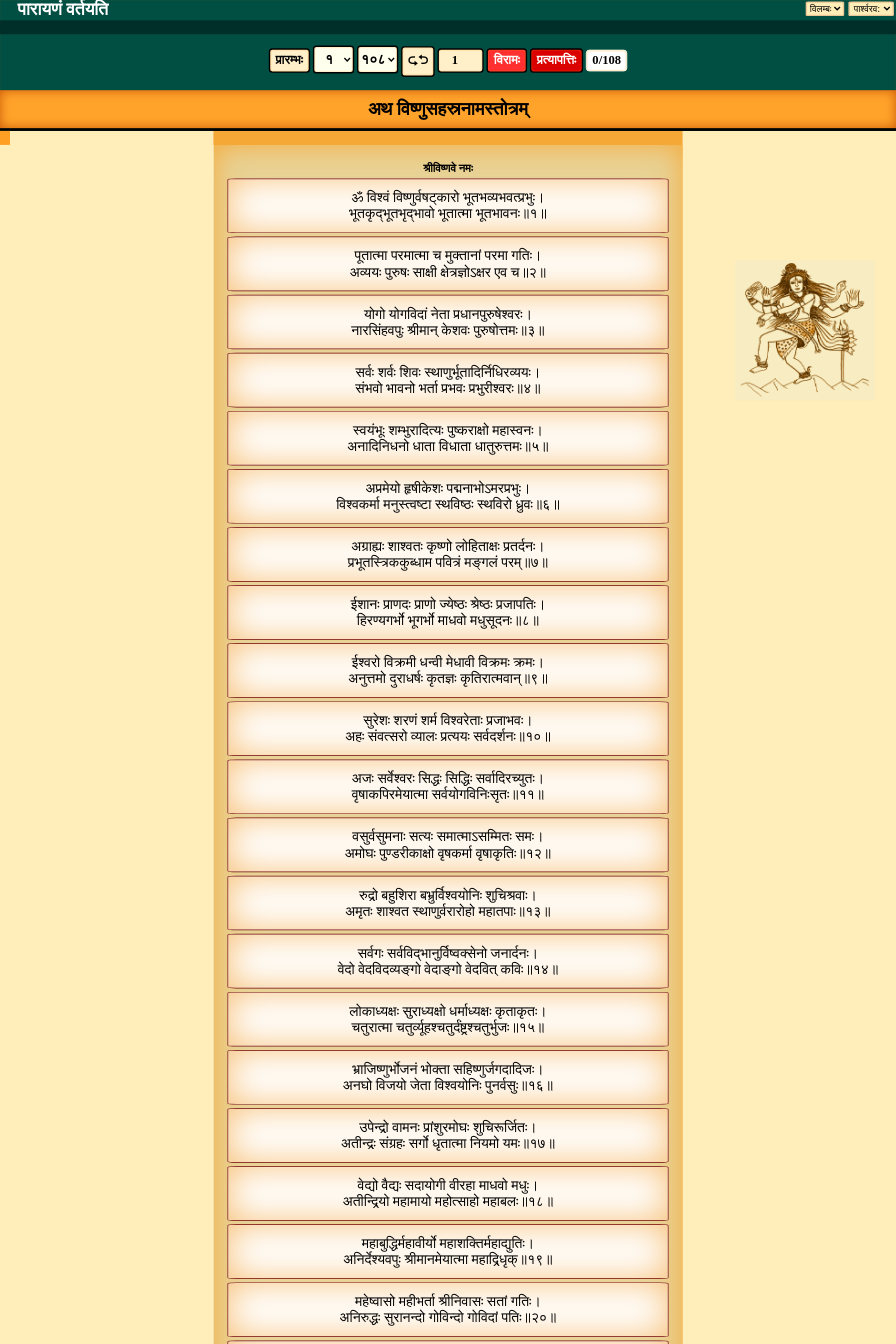
Repository: arshavak/vishnu-sahasranam
Page: index.html
These files come from the project's save history. The page is drawn as it stood at one moment and after the next save; the edit follows.
The browser window is 1280 px wide. The pictures show the part of the page from y = 0 to 1920 px (the page is 9274 px tall before and 9271 px after), at 70% of full size.

Above is the page before, as saved 2024-12-30 12:54:06.
Not found: scripts/sanskrittime.js

### index.html
<!DOCTYPE html>
<html>
<head>
<meta charset="UTF-8">
  <link rel="icon" type="image/png" href="style/backgrounds/23.png">
<title>विष्णुसहस्रनामस्तोत्रम्</title>
<meta name="viewport" content="width=device-width, initial-scale=1.0">
<link rel="stylesheet" type="text/css" href="style/style.css"/>
<!-- <link rel="stylesheet" type="text/css" href="style/themes.css"/> -->
</head>
<body class="body">
  <div class="player">
    <div class="Time">
      <span class="main-header">पारायणं वर्तयति</span>
      <div class="clock">
        <span id="ghanta" class="time-span"></span>
        <span id="minat" class="time-span"></span>
      </div>

      <select id="number" class="bgsound setting"></select>
      <select class="timeOut setting">
        <option value="">विलम्बः</option>
        <option value="2">2s</option>
        <option value="3">3s</option>
        <option value="5">5s</option>
        <option value="10">10s</option>
      </select>
  </div>
    <div class="topnavbar"></div>
      <input name="play_button" class="psuGrup play" type="button" value="प्रारम्भः"/>
      <select  id="selector1" class="From selector FromAndTo"></select>
      <select  id="selector2" class="To selector FromAndTo"></select>
      <input name="toggle_btn" type="checkbox" id="check"/>
      <input id="loop" class="loop" type="button" value="&#11150&#11148"/>
      <input id="repeat" value="1" max="99" min="1" type="number"/>
      <!-- <input id="speed" value="1" max="4" min=".5" step="0.1" type="number"/>   -->
      <input name="stop_button" class="psuGrup stop" type="button" value="विरामः"/>
      <input class="reset psuGrup" type="button" value="प्रत्यापत्तिः"/>
      <input id="suchna" type="button" class="psuGrup suchna"/>
      <div class="heading">अथ विष्णुसहस्रनामस्तोत्रम्</div>
      <div class="progress-container">
        <div class="progress-bar" id="myBar"></div>
      </div>
    </div>
      <div id="imageRight">
        <image class="image" src="style/backgrounds/0.png" width="200px" height="200px"></image>
      </div>
      <!-- <div id="imageLeft">
        <image class="image" src="style/backgrounds/0.png" width="200px" height="200px"></image>
      </div> -->
      <div class="timeStamp"></div>
      <div class="container"></div>
    <script type="text/javascript" src="scripts/visnusahastranamScript.js"></script>
    <script type="text/javascript" src="scripts/MainScript.js"></script>
    <script type="text/javascript" src="scripts/sanskrittime.js"></script>
  </body>

</html>

### style/style.css
/* Styles for the player container */
*{
margin:0px;
padding: 0px;
text-align: center;
/*background-color: #f8ecc2;*/
font-family:gargi;
}
html{
  scroll-behavior: smooth;
}
::-webkit-scrollbar{
  display: none;
}
body {
  /* background-image: url("backgrounds/jharna.jpg");
  background-repeat:no-repeat;
  background-size:cover;
  background-attachment:fixed; */
  scrollbar-width: none;
  -ms-overflow-style: none;
/* background-color: #e8d295; */
  background-color:#ffeeba
  ;
  /* border: 4px solid #000; */
}

/* #myVideo {
  position: fixed;
  right: 0;
  bottom: 0;
  min-width: 100%;
  min-height: 100%;
  z-index: 1;
} */

.heading{
  padding-bottom: 12px;
  padding-top: 12px;
  margin-top: 15px;
  background-color:#ffa32b;
  /* background-image: url("backgrounds/R.jpg");*/
  /* background-repeat:no-repeat;
  background-size:cover;
  background-attachment: fixed; */
  color: rgb(0, 0, 0);
  /* width: 100%; */
  position: relative;
  /* top:500; */
  font-weight: 800;
  /* text-shadow: 2px 2px 5px rgb(255, 170, 0); */
   font-size:26px;
   box-shadow: inset 0px 0px 15px #cb5805;

}

.progress-container {
  width: 100%;
  height: 4px;
  background: #000000;
}

.progress-bar {
  height: 4px;
  background: #ffa32b;
  width: 0%;
}

.topnavbar{
  position: relative;
  padding: 10px 10px 10px 10px;
  margin-bottom: 15px;
  background-color:#002f29;
 text-align: center;
 box-shadow: inset 0px 0px 0px #0a0a0a;
 /* height: 30px; */
 /* overflow: scroll; */
}

.Time{
    /* background-image: url("backgrounds/jharna.jpg"); */
    background-repeat:no-repeat;
    background-size:cover;
    background-attachment: fixed;
 /* margin-top: 5px; */
 padding: 0px;
 /* background-color: #d47500;
 box-shadow: inset 0px 0px 5px  #cb5805; */
 color: rgb(0, 0, 0);
 text-align: left;
  }


  .clock{
    padding: 1px 5px 1px 5px;
    position: fixed;
    left: 0px;
    background-color: #ffffff;
  color: rgb(0, 0, 0);
  box-shadow: inset 0px 0px 35px #ff9100;
  cursor: not-allowed;
  text-align: center;
  }

.time-span{
  cursor: not-allowed;
  padding: 1px 1px 1px 1px;

}


  .main-header{
    padding: 5px 5px 5px 5px;
    font-size: 25px;
    /* text-shadow: -3px 5px 5px rgb(55, 184, 164); */
    font-weight:800;
    color: #ffffff;
    margin-left: 20px;
  }



.setting{
  margin: 3px;
  float: right;
  border-radius: 8%;
  cursor: pointer;
  margin-top: 2px;
  display: block;
  background-color: #ffeeb8;
  border: 2px solid #edc696;
}

.timeStamp{
display: none;
background-color:#f8ecc2;
color :rgb(0, 0, 0);
position :fixed;
right :0px;
font-size :16px;
font-weight :900;
padding :4px 14px 4px 14px;
box-shadow: inset 0px 0px 15px #ff8e03;
border-radius: 5%;
  }

  .disabled-link{
  position: relative;
  text-decoration: none;
  text-transform: unset;
  font-size: 14px;
  background-color: #dac683;
  color: #000000;
  padding: 5px 10px 5px 10px;
  border-radius: 5%;
  font-weight: 600;
  border: .8px solid #efc899;
  margin-right: 5px;
}

.disabled-link:hover{
  background-color: #fff9a7;
  text-decoration: underline;
}

.player {
  display: block;
  position: fixed;
  top: 0px;
  align-items: center;
  /* background-image: url("backgrounds/astaSuraj.jpg");
  background-repeat:repeat;
  background-size:cover;
  background-attachment: fixed; */
  background-color:rgb(1 78 67);
  width: 99.99%;
  text-align:center;
  color: rgb(29, 1, 1);
  padding-top:0px;
  padding-bottom: 0px;
  box-shadow: inset 0px 0px 1px #ff8e03;

  /* border-bottom: 5px solid #893c01; */
  z-index: 1;
}

/* .bottons{
  background-color:#ff8808;
  display: inline-block;
  box-shadow: inset 0px 0px 25px #ff8e03;
} */

.suchna:active{
  background-color: none !important;
}


#suchna{
cursor:not-allowed;
color: rgb(0, 0, 0);
background-color: #fff;
font-size: 18px;
padding: 4px 8px 4px 8px;
border: 1px solid #ffe;
font-weight: 900;
}

#check{
  display: none;
}

.reset{
  background-color: rgb(218, 0, 0) !important;
  color: #ffffff !important;
}
.stop{
  background-color: rgb(255, 48, 48) !important;
  color: #ffffff !important;
}

/*Styles for the buttons*/
input[type="button"],input[type="number"]{
  padding: 5px 8px 5px 8px;
  margin: 1px 0px 4px 0;
  border: 2px solid #000;
  border-radius: 5px;
  background-color: #fff0ca;
  color: rgb(0, 0, 0);
  font-size: 18px;
  cursor: pointer;
  font-weight: 800;
  flex-direction: row;
  box-shadow: inset 0px 0px 2px #ff9100;
  outline: none;
}

input[type="number"]{
  padding: 5px 2px 5px 0px;
  margin: 1px 0px 4px 0px;
  border: 2px solid #000;
  border-radius: 5px;
  background-color: #fff0ca;
  color: rgb(0, 0, 0);
  font-size: 18px;
  cursor: pointer;
  font-weight: 800;
  flex-direction: row;
  box-shadow: inset 0px 0px 2px #ff9100;
  outline: none;
}

input[type="button"]:hover{
  background-color: #14ff76;
  color: #0b0b0b;
}


.selector{
  text-align:center;
  outline:none;
  /*background-color: rgb(98, 255, 101);*/
  border-radius: 5px;
  height: 40px;
  border: 2px solid #000;
  border-radius: 5px;
  background-color:#ffe;
  color: #000;
  font-size: 20px;
  cursor: pointer;
  font-weight: 800;
  flex-direction: row;
  /* padding: 3px 3px; */
  margin: 1px 0px 4px 0;
  box-shadow: inset 0px 0px 2px #ff9100;

}

/* Styles for the keys container */
.container {
position: relative;
/* z-index: -1; */
 /* display: inline-block;  */
word-wrap: break-word;
/* margin-top: 180px; */
font-size:16px ;
text-align:center;
padding: 25px 15px 40px 15px;
background-color: #e8d295;
width: 75%;
margin-left:auto;
margin-right:auto;
border-top: 20px solid #ff9100a1;
border-bottom: 20px solid #ff9100a1;
border-bottom-style: inset 0px 0px 40px #ff9100a1;;
border-top-style: inset 0px 0px 40px #ff9100a1;;
box-shadow: inset 0px 0px 40px #ff9100a1;
margin-top:0px;

}

label{
  font-size: 15px;
}
/* Styles for the key divs */
.key {
  /* display:inline-block; */
  /* flex-direction: column; */
  /* text-align: right; */
  /* width: 90%; */
  margin: 5px;
  border: .2px ridge #730000;
  border-radius: 2%;
  /* cursor: pointer; */
  transition: all 0.2s ease-in-out;
  font-size:20px;
  font-weight: 300;
  padding: 15px 5px 15px 5px;
  background-color: #ffffff;
  box-shadow: inset 0px 0px 50px #f7c077;

}

.key.active {
  border: 2px solid #c16b02;
  /* display:inline-block; */
  top: 200px;
  font-weight: 600;
  /* text-shadow: 1px 1px 4px rgb(255, 249, 70); */
  background-color: rgb(253, 253, 197);
  box-shadow: inset 6px 0px 5px  #ff9100 ;
  animation: blink .8s infinite;
  font-size: 25px;
}

@keyframes blink {
  50%{
    border: 2px solid #f2d56b;
    /* border-radius: 15%; */
    /* background-color: #fceba5; */
     box-shadow: inset 0px 0px 0px #ff9100;
  }
}

@keyframes indexblink {
  50%{
    /* border: 1px solid #000000; */
    /* border-radius: 15%; */
     background-color: #00e043;
     box-shadow: inset 0px 0px 0px #ff9100;
  }
}


.rbtn.for-repeat {
  background-color: rgb(40, 252, 29);
  color:rgb(0, 0, 0);
}

/* Styles for the audio elements */
audio {
  display: none !important;
}
#imageRight {
  z-index: -1;
  position: fixed;
  bottom:20%;
  right:30px;

}

#imageLeft {
  z-index: -1;
  position: fixed;
  bottom:20%;
  left:30px;
}

.title{
  margin-left: 10px;
  float: left;
}

@media screen and (max-width: 867px) {
  /* .container {top:50px;} */
   #imageRight,#imageLeft{
    display:none;
  }
}

@media screen and (max-width: 1200px) {
  /* .container {top:80px;} */
   #imageRight,#imageLeft{
    display:none;
  }

  .clock{
    display: none;
  }
}

@media screen and (max-width: 500px) {

  .setting{
    display: none;
  }

  .main-header{
    padding: 5px 5px 5px 5px;
    font-size: 25px;
    /* text-shadow: -3px 5px 5px rgb(55, 184, 164); */
    font-weight:800;
    color: #ffffff;

  }
}


@media screen and (min-width: 100px) {
  .container {
    width: 95%;
  }

}

@media screen and (min-width: 1200px) {
  .container {
    width: 50%;
  }
}

.disabled{
  cursor:not-allowed;
}

.disabled:hover{
  text-decoration: none;
  background-color: none;
}

/* .image{
  animation: lip .5s infinite
}
@keyframes lip {
  50%{
    width: 190px;
    height: 190px;

  }
} */

/*  */

/* a.index{
  font-size: 10px;
  line-height: 0px;
  padding: 0px 15px 0px 15px;
  margin-right: 10px;
  font-weight: 600;
  border-radius: 10px;
  cursor: pointer;
  text-decoration: none;
  color: rgb(0, 0, 0);
}

a.index:hover{
  text-decoration: none;
  color: #ff2121;
} */

/* .indeX{
  background-color: wheat !important;
  font-size: 16px;
  cursor: pointer;
  margin-right: 5px;
}

.indeX:hover{
  text-decoration: none;
} */
/* .cot{
  display: none;
}
 */

### scripts/MainScript.js
const topnavbar = document.querySelector(".topnavbar");
function createLinks() {
  // Create an array of objects with URL and link text
  const links = [

    { url: 'YogSutrani.php', text: 'योगसूत्राणि' },
    { url: 'VisnuSahastranam.php', text: 'विष्णुसहस्रम्' },
    { url: 'SankhyaKarika.php', text: 'साङ्ख्यकारिका' },
    { url: 'Ast_1_1.php', text: 'अष्टाध्यायी(१.१)' }
  ];
  // Loop through the array and create links
  for (let i = 0; i < links.length; i++) {
    const link = document.createElement('a');
    link.setAttribute('target', '_blank');
    link.setAttribute('class', 'disabled-link');
    link.href = links[i].url;
    link.textContent = links[i].text;
    topnavbar.appendChild(link); // Append link to the topnavbar
  }
}
// Call the function to create links
// createLinks();

//current page link disaable function
const currentUrl = window.location.href;
const disabledLinks = document.querySelectorAll(".disabled-link");

// var links =[];
//   var currWin = window;
//   for(var i =0; i<currWin.document.links.length; i++){
//     links.push(currWin.document.links[i].href);
//   }

disabledLinks.forEach(link => {
if(link.href === currentUrl){
  link.addEventListener("click", e => {
    e.preventDefault();
  });
  link.classList.add("disabled");
 }
});


// function for repeating selection
var repeats = "";
var inp = document.getElementById("repeat");
inp.addEventListener("input", ()=>{
  repeats=inp.value;
});




// const Allrepeatbtns = document.querySelectorAll(".rbtn");
// let activeBtn = null;
// Allrepeatbtns.forEach((ript)=> {
//   ript.addEventListener("click", () => {
//     if (activeBtn && activeBtn !== ript) {
//       activeBtn.classList.remove("for-repeat");
//     }
//     else if (activeBtn === ript) {
//       ript.classList.remove("for-repeat");
//       activeBtn = null;
//       repeats = 0;
//       return;
//     }
//     // repeats = ript.value.charAt(0);
//     repeats = document.getElementById("repeat").value;
//     ript.classList.add("for-repeat");
//     activeBtn = ript;
//   })
// });
// Add click event listeners to the play and stop buttons
const stopButton = document.querySelector('[name="stop_button"]');
const playButton = document.querySelector('[name="play_button"]');
const checkBox = document.querySelector('#check');
const timeOutSecind = document.querySelector(".timeOut");
var speed = document.querySelector("#speed");
let audio;
let audioDuration;
//  let num = 0;
playButton.addEventListener('click', () => {
  //  if(num===0){
  //    num = 1;
  //   playButton.value = "pause";
  let startIndex = selector1.value - 1;
  let lastIndex = selector2.value;
   const playNextKey = () => {
    if(audio){
      audio.pause();
      audio.currentTime = 0;
       keys.forEach(key => {
      key.classList.remove('active');
      });
    }
    if (startIndex < lastIndex) {
      const key = keys[startIndex];
      audio = key.querySelector('audio');
      let playCount = 0;
      const playOnce = () => {
        if (playCount < (Number(repeats))-1) {
        //    if(playCount!==1) {
        //      audio.volume = .1;
        //      audio.playbackRate = 1.5;
        //  }
          setTimeout(() => {
          audioDuration = audio.duration;
          audio.playbackRate = speed.value;
          audio.play();
          playCount++;
          }, timeOutSecind.value*1000);
        } else {
          audio.removeEventListener('ended', playOnce);
          setTimeout(() => {
            key.classList.remove('active');
            playNextKey();
          }, timeOutSecind.value*1000);
        }
      };
      audioDuration = audio.duration;
      audio.currentTime = 0;
      audio.playbackRate = speed.value;
      audio.play();
      audio.addEventListener('ended', playOnce );
      audio.addEventListener('play', scrollActiveDiv );
      audio.addEventListener("play", playButtonStyleAdd);
      audio.addEventListener('ended', playButtonStyleRemove);
      audio.addEventListener("play", indexUpdate);
      audio.addEventListener("ended", timerOutput)
      key.classList.add('active');
      startIndex++;
      // audio.removeEventListener("ended", timerOutput);

      // chacking the Loopbutton is chacked or not checked
        if(checkBox.checked && startIndex == lastIndex){
          // alert("Please");
          startIndex = selector1.value - 1;
      }
    }
  };

  playNextKey();
// }else{
//   playButton.value = "play";
//   audio.pause();
//   num = 0;
// }
});


// Add click event listeners to the stop button
stopButton.addEventListener('click', () => {
  // playButton.value = "play";
   window.scrollTo(0, 0);
  // hideSpeackerSymbol();
  playButton.style.backgroundColor = "";
  playButton.style.color = "";
  keys.forEach(key => {
    const audio = key.querySelector('audio');
    audio.pause();
    audio.currentTime = 0;
    key.classList.remove('active');
  });
  bgsound.pause();
});

// Reset the current audio element
window.scrollTo({top:0, behavior: 'smooth'});
const reset = document.querySelector(".reset");
reset.addEventListener('click', () => {
// window.scrollTo({top:0, behavior: 'smooth'});
// setTimeout(() => {
location.reload();
// },1000);
});


  //buttons for loop
  const loopbtn = document.querySelector(".loop");
  const checkbox = document.querySelector("#check");
  loopbtn.addEventListener("click",  ()=> {
  checkbox.checked = !checkBox.checked;
  if(checkBox.checked){
    loopbtn.style.backgroundColor = "rgb(40, 252, 29)";
    loopbtn.style.color = "#000";
    // document.querySelector(".From").disabled = false;
    // document.querySelector(".To").disabled = false;

  }else{
    loopbtn.style.backgroundColor = "";
    loopbtn.style.color = "";
    // document.querySelector(".From").disabled = true;
    // document.querySelector(".To").disabled = true;

  }
  });

//background sounds 1111111111111111111
  const selector = document.querySelector('#number');
  for(var i=0; i<50; i++) {
    var option = document.createElement('option');
    option.text = "ध्वनिः "+ (i);
    option.value = i;
    selector.appendChild(option);
  }

  const firstOption = selector.querySelector("option:first-child");
  firstOption.textContent = "पार्श्वरव:"

  //background sounds 222222222222222222
let soundNumber = document.querySelector("#number");
soundNumber.style.outline = "none";
let bgsound;
selector.addEventListener("change", function backgroundMusic(){
  if (bgsound) {bgsound.pause();}
  bgsound = new Audio(`prishthbhumi-dhvani/dhvani (${soundNumber.value}).mp3`);
  bgsound.loop = true;
  bgsound.volume = 0.5;
  bgsound.play();
});

//scrolling to top of screen
function scrollActiveDiv() {
  const activeDiv = document.querySelector('.active');
  if (activeDiv) {
    const activeDivPosition = activeDiv.offsetTop;
    window.scrollTo({
      top: activeDivPosition - 150,
      behavior: 'smooth'
    });
  }
}


// function for indexUpdate
const indexUpdating = document.querySelector("#suchna");
indexUpdating.value = "0" + "/" + divLen;
function indexUpdate(){
const suchna = document.querySelector("#suchna");
let activeIndex = 1;
for (let i = 1; i < divLen; i++){
  if(keys[i].classList.contains("active")){
    activeIndex = i+1;
    break;
  }
}
suchna.value = activeIndex +"/"+ divLen;
}



//function for Timer
const timeStamp = document.querySelector(".timeStamp");
function timerOutput(){
  let count = timeOutSecind.value;
  let timer = setInterval(function(){
    timeStamp.style.display = "block";

    count--;
    if(count < 10){
      timeStamp.innerHTML = "प्रतीक्षस्व"+ " " + "00" + ":0" + count;
    }else{
      timeStamp.innerHTML = "प्रतीक्षस्व"+ " " + "00" + ":" + count;
    }
     if(count<=0){
      clearInterval(timer);
      timeStamp.style.display = "none";

    }
  },1000);
  document.body.appendChild(timeStamp);
}


// play Button Style
function playButtonStyleAdd(){
  playButton.style.backgroundColor = "rgb(40, 252, 29)";
  playButton.style.color = "#000";
  }
  function playButtonStyleRemove(){
   playButton.style.backgroundColor = "";
   playButton.style.color = "";
   }


//function for index blinking
let n = 0;
function blinking() {
// const play_button = document.querySelector('[name="play_button]')
if(n==0 && playButton.style.backgroundColor === "rgb(40, 252, 29)"){
indexUpdating.style.animation = "indexblink 1s infinite";
n = 1;
}else{
  indexUpdating.style.animation = "";
n = 0;
}
}
setInterval(blinking,2000);

// setTimeout(windowUpdate,2000);
// window risize for time div
const clock = document.querySelector(".clock");
window.addEventListener("resize",windowUpdate);
window.addEventListener("load",windowUpdate);
function windowUpdate(){
const player = document.querySelector(".player");
const playerHeight = player.offsetHeight;
 timeStamp.style.top = playerHeight + "px";
 container.style.top =   playerHeight + "px";
 clock.style.top =   playerHeight + "px";
}



// When the user scrolls the page, execute myFunction
window.onscroll = function() {myFunction()};
function myFunction() {
  var winScroll = document.body.scrollTop || document.documentElement.scrollTop;
  var height = document.documentElement.scrollHeight - document.documentElement.clientHeight;
  var scrolled = (winScroll / height) * 100;
  document.getElementById("myBar").style.width = scrolled + "%";
}



// const digitsMap = {
//   // देवनागरी लिपि के वर्णक्रम को बांग्ला लिपि के वर्णक्रम में बदलें।
//     'अ': 'অ',
//     'आ': 'আ',
//     'इ': 'ই',
//     'ई': 'ঈ',
//     'उ': 'উ',
//     'ऊ': 'ঊ',
//     'ए': 'এ',
//     'ऐ': 'ঐ',
//     'ओ': 'ও',
//     'औ': 'ঔ',
//     'क': 'ক',
//     'ख': 'খ',
//     'ग': 'গ',
//     'घ': 'ঘ',
//     'ङ': 'ঙ',
//     'च': 'চ',
//     'छ': 'ছ',
//     'ज': 'জ',
//     'झ': 'ঝ',
//     'ञ': 'ঞ',
//     'ट': 'ট',
//     'ठ': 'ঠ',
//     'ड': 'ড',
//     'ढ': 'ঢ',
//     'ण': 'ণ',
//     'त': 'ত',
//     'थ': 'থ',
//     'द': 'দ',
//     'ध': 'ধ',
//     'न': 'ন',
//     'प': 'প',
//     'फ': 'ফ',
//     'ब': 'ব',
//     'भ': 'ভ',
//     'म': 'ম',
//     'य': 'য',
//     'र': 'র',
//     'ल': 'ল',
//     'व': 'ব',
//     'श': 'শ',
//     'ष': 'ষ',
//     'स': 'স',
//     'ह': 'হ',
//     'ा': 'া',
//     'ि': 'ি',
//     'ी': 'ী',
//     'ु': 'ু',
//     'ू': 'ূ',
//     'ृ': 'ৃ',
//     'े': 'ে',
//     'ै': 'ৈ',
//     'ो': 'ো',
//     'ौ': 'ৌ',
//     'ं': 'ং',
//     'ः': 'ঃ',
//     '।': '।',
//     '॥': '॥',

// };

// const elements = document.getElementsByTagName('*');

// for (let i = 0; i < elements.length; i++) {
//   const element = elements[i];

//   for (let j = 0; j < element.childNodes.length; j++) {
//     const node = element.childNodes[j];

//     if (node.nodeType === 3) {
//       const text = node.nodeValue;
//       const replacedText = text.replace(/[अआइईउऊऋएऐओऔकखगघङचछजझञ]/g, function(match) {
//         return digitsMap[match];
//       });

//       if (replacedText !== text) {
//         element.replaceChild(document.createTextNode(replacedText), node);
//       }
//     }
//   }
// }




// // सभी audio टैगों को प्राप्त करें
// const audios = document.querySelectorAll('audio');
// // सभी span टैगों को प्राप्त करें
// const spans = document.querySelectorAll('span.indeX');
// // सभी span टैग पर क्लिक करने के लिए एक लूप चलाएं
// spans.forEach((span) => {
//   // क्लिक करने पर संगीत बंद करें और अगला संगीत चलाएं
//   span.addEventListener('click', () => {
//     // सभी ऑडियो टैगों को बंद करें
//     audios.forEach((audio) => {
//       audio.pause();
//       audio.currentTime = 0;
//     });
//     // वर्तमान ऑडियो टैग को चलाएं
//     const audio = span.parentElement.querySelector('audio');
//     audio.play();

//     // सभी divs से active क्लास हटाएं
//     const divs = document.querySelectorAll('.key');
//     divs.forEach((div) => {
//       div.classList.remove('active');
//       audio.addEventListener("ended",  () => {
//         div.classList.remove('active');
//       });
//     });
//     // वर्तमान div को active क्लास दें
//     const currentDiv = audio.parentElement;
//     currentDiv.classList.add('active');
//   });
// });
//  setTimeout(()=>{

//   var text = document.body.innerHTML;
//   var regex1 = /॥(.*?)॥/g;
//   var result1 = text.replace(regex1,'॥<span class="cot">$1</span>');
//  document.body.innerHTML = result1;
//  },2000)

Loaded but not shown: scripts/visnusahastranamScript.js (library)

After the next save:
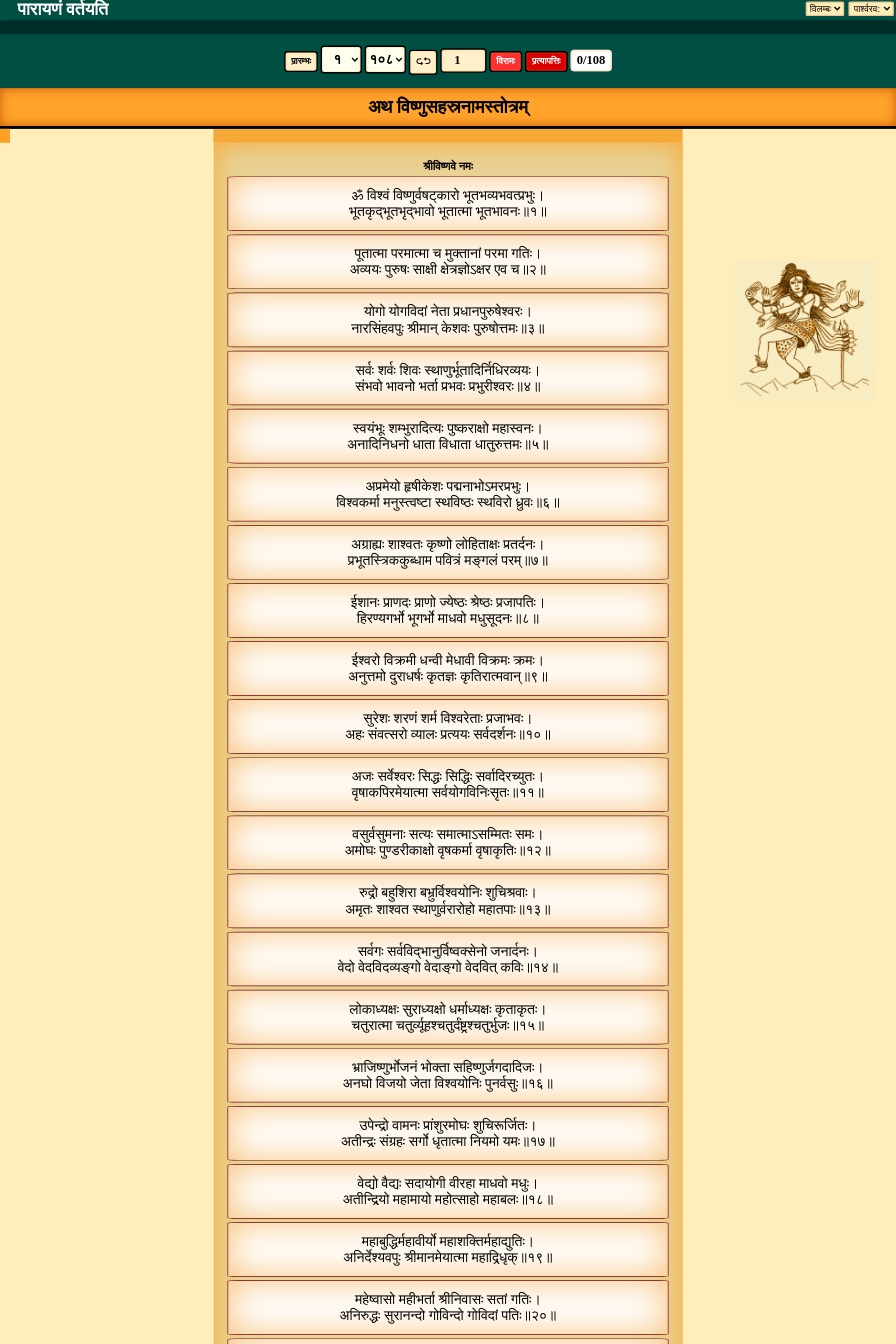
Saved 5 min 46 s later.
--- a/style/style.css
+++ b/style/style.css
@@ -226,7 +226,7 @@ input[type="button"],input[type="number"]{
   border-radius: 5px;
   background-color: #fff0ca;
   color: rgb(0, 0, 0);
-  font-size: 18px;
+  font-size: 13px;
   cursor: pointer;
   font-weight: 800;
   flex-direction: row;
